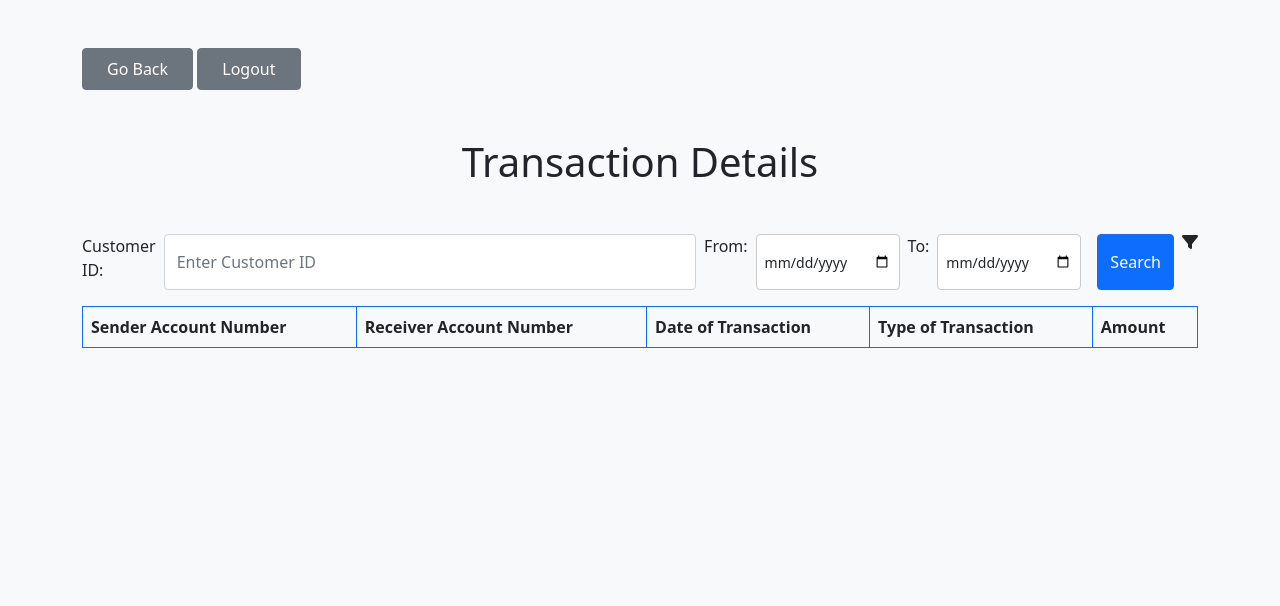
Repository: valletivarish/monojsp
Page: http://localhost/11-bank-application/view-transactions.jsp
An editor plug-in stored every save of this project. The page is shown before and after the next save, followed by the edit.
The browser window is 1280 px wide. The pictures show the whole page.
Some web libraries are served in a nearby version. The page is served by Tomcat 9. The template is opened directly, without the code that normally fills it, so the values that code supplies are empty.

Above is the page before, as saved 2024-07-22 09:53:06.

After the next save:
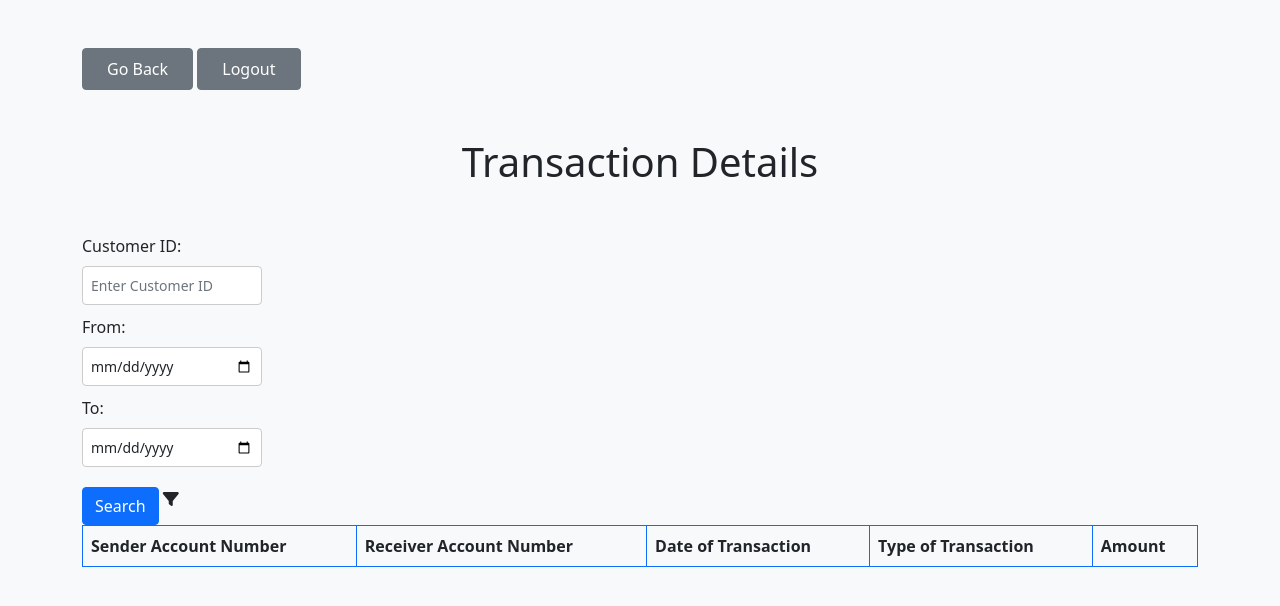
Saved 83 s later.
--- a/11-bank-application/WebContent/view-transactions.jsp
+++ b/11-bank-application/WebContent/view-transactions.jsp
@@ -16,13 +16,19 @@
           crossorigin="anonymous" />
     <style>
         /* Style for date input */
-        input[type="date"] {
+        input[type="date"], input[type="text"] {
             padding: 8px;
             border: 1px solid #ccc;
             border-radius: 4px;
             box-sizing: border-box;
             font-size: 14px; /* Adjust font size as needed */
             width: 180px; /* Adjust width as needed */
+            margin-bottom: 10px; /* Add margin bottom for spacing */
+        }
+
+        /* Adjust spacing for buttons */
+        input[type="submit"] {
+            margin-top: 10px;
         }
     </style>
 </head>
@@ -32,15 +38,21 @@
         <a class="btn btn-secondary p-2 px-4" aria-current="page" href="logout">Logout</a>
         <h1 class="text-center my-5">Transaction Details</h1>
         <form action="admin" method="get">
-            <div class="d-flex my-3">
+            <div class="form-group">
                 <label class="form-label" for="customer_id">Customer ID:</label>
-                <input type="text" class="form-control mx-2" name="customer_id" id="customer_id"
+                <input type="text" class="form-control" name="customer_id" id="customer_id"
                        placeholder="Enter Customer ID" required />
+            </div>
+            <div class="form-group">
                 <label class="form-label" for="from">From:</label>
-                <input type="date" class="form-control mx-2" name="from" id="from" />
+                <input type="date" class="form-control" name="from" id="from" />
+            </div>
+            <div class="form-group">
                 <label class="form-label" for="to">To:</label>
-                <input type="date" class="form-control mx-2" name="to" id="to" />
-                <input type="submit" class="btn btn-primary mx-2" value="Search" />
+                <input type="date" class="form-control" name="to" id="to" />
+            </div>
+            <div class="form-group">
+                <input type="submit" class="btn btn-primary" value="Search" />
                 <i class="fa-solid fa-filter"></i>
             </div>
             <input type="hidden" name="command" value="viewTransactions" />
